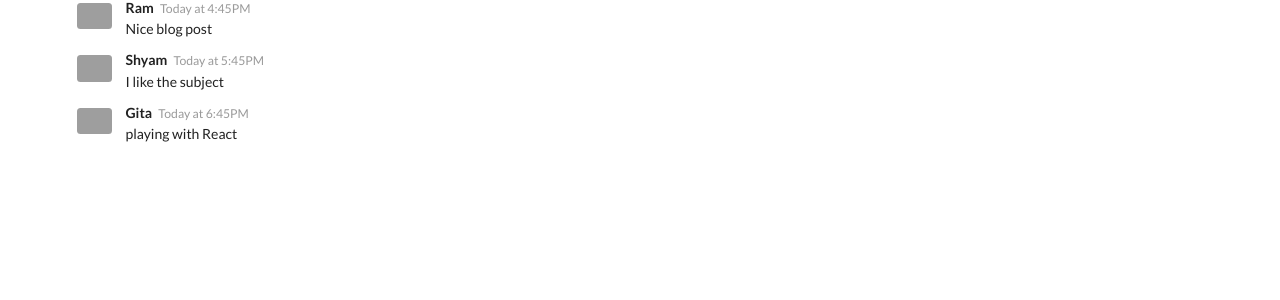
Repository: striver-69/Comments-App
Page: /
An editor plug-in stored every save of this project. The page is shown before and after the next save, followed by the edit.
The browser window is 1280 px wide. The pictures show the whole page.
Pictures or frames that could not be fetched are drawn as grey boxes. The project was rebuilt for these pictures with package versions that can differ from the ones it lists, and the page was loaded fresh each time.

Above is the page before, as saved 2021-03-02 04:53:46.

After the next save:
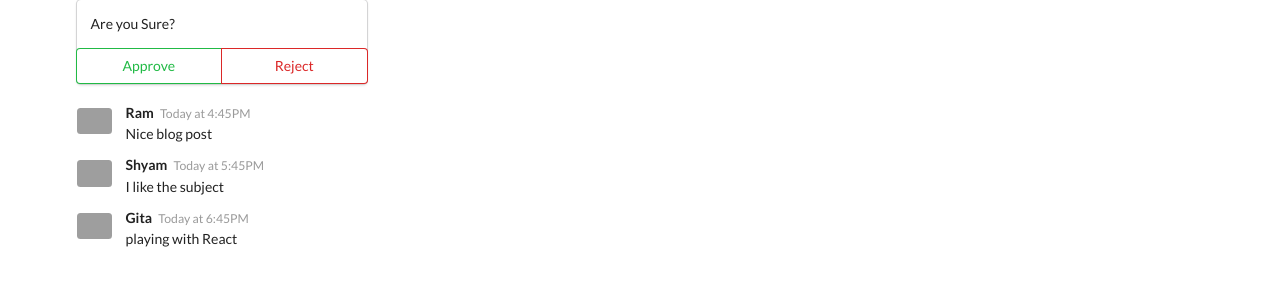
Saved 65 s later.
--- a/src/index.js
+++ b/src/index.js
@@ -1,10 +1,12 @@
 import React from 'react'
 import ReactDOM from 'react-dom'
 import CommentDetail from './CommentDetail'
+import ApprovalCard from './ApprovalCard'
 
 const App=()=>{
   return (
     <div className="ui container comments">
+      <ApprovalCard/>
       <CommentDetail author="Ram" timeAgo="Today at 4:45PM" content="Nice blog post" />
       <CommentDetail author="Shyam" timeAgo="Today at 5:45PM" content="I like the subject" />
       <CommentDetail author="Gita" timeAgo="Today at 6:45PM" content="playing with React" />
